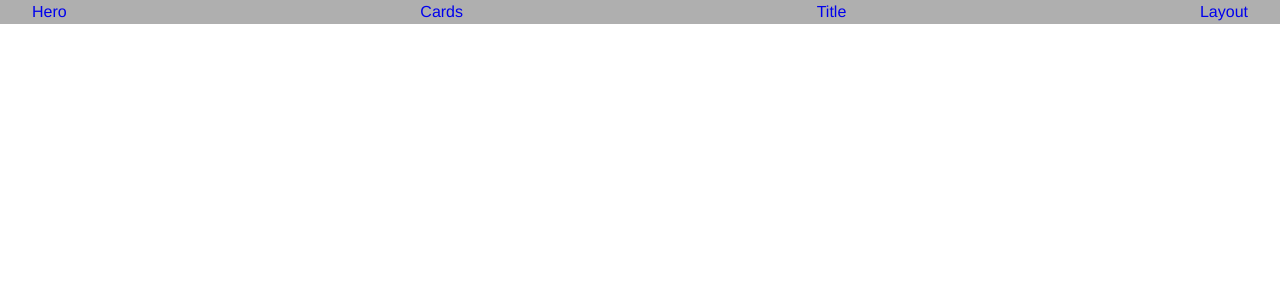
Repository: Ndifoinhilary/css_grid
Page: css-grid-learn/index.html
The author's editor kept a copy of each file at every save. The page is drawn from the files as they stood at one save, then again after the next save.
The browser window is 1280 px wide. The pictures show the whole page.

Above is the page before, as saved 2024-01-28 10:18:15.

After the next save:
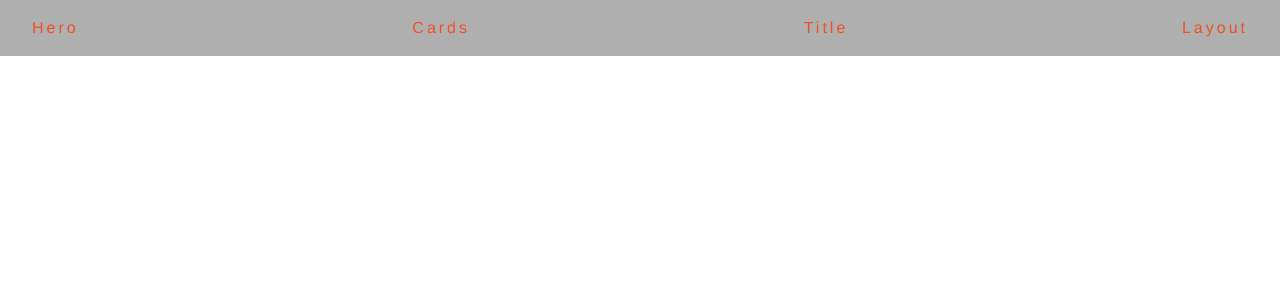
Saved 88 s later.
--- a/css-grid-learn/main.css
+++ b/css-grid-learn/main.css
@@ -7,7 +7,7 @@
     --offwhite:#f7f7f7;
     --darkGrey:#afafaf;
     --mainTransition:all 0.3s linear;
-    --mainSpacing:2rem;
+    --mainSpacing:3px;
 }
 
 
@@ -108,4 +108,7 @@ navbar css here
  .nav-links a {
     text-transform: capitalize;
     display: block;
+    padding: 1rem 0;
+    color: var(--primaryColor);
+    letter-spacing: var(--mainSpacing);
  }
